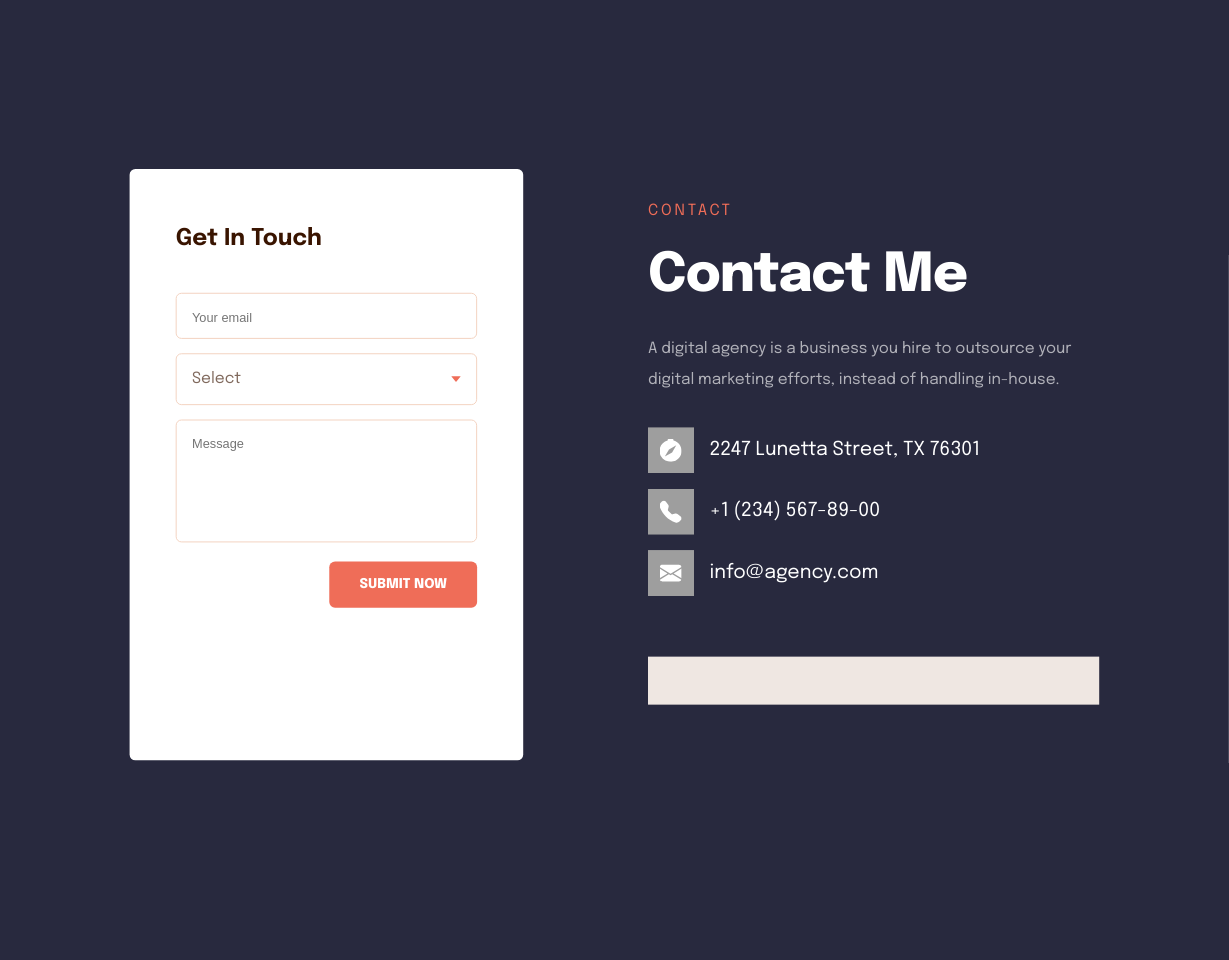
Repository: NatiqSamiyev/form-task-2
Page: index.html
These files come from the project's save history. The page is drawn as it stood at one moment and after a run of saves; the edit follows.
The browser window is 1280 px wide. The pictures show the whole page, at 96% of full size.
Pictures or frames that could not be fetched are drawn as grey boxes. Some web fonts or font styles are not loaded; a fallback is used.

Above is the page before, as saved 2023-10-30 11:44:10.

After the next 5 saves:
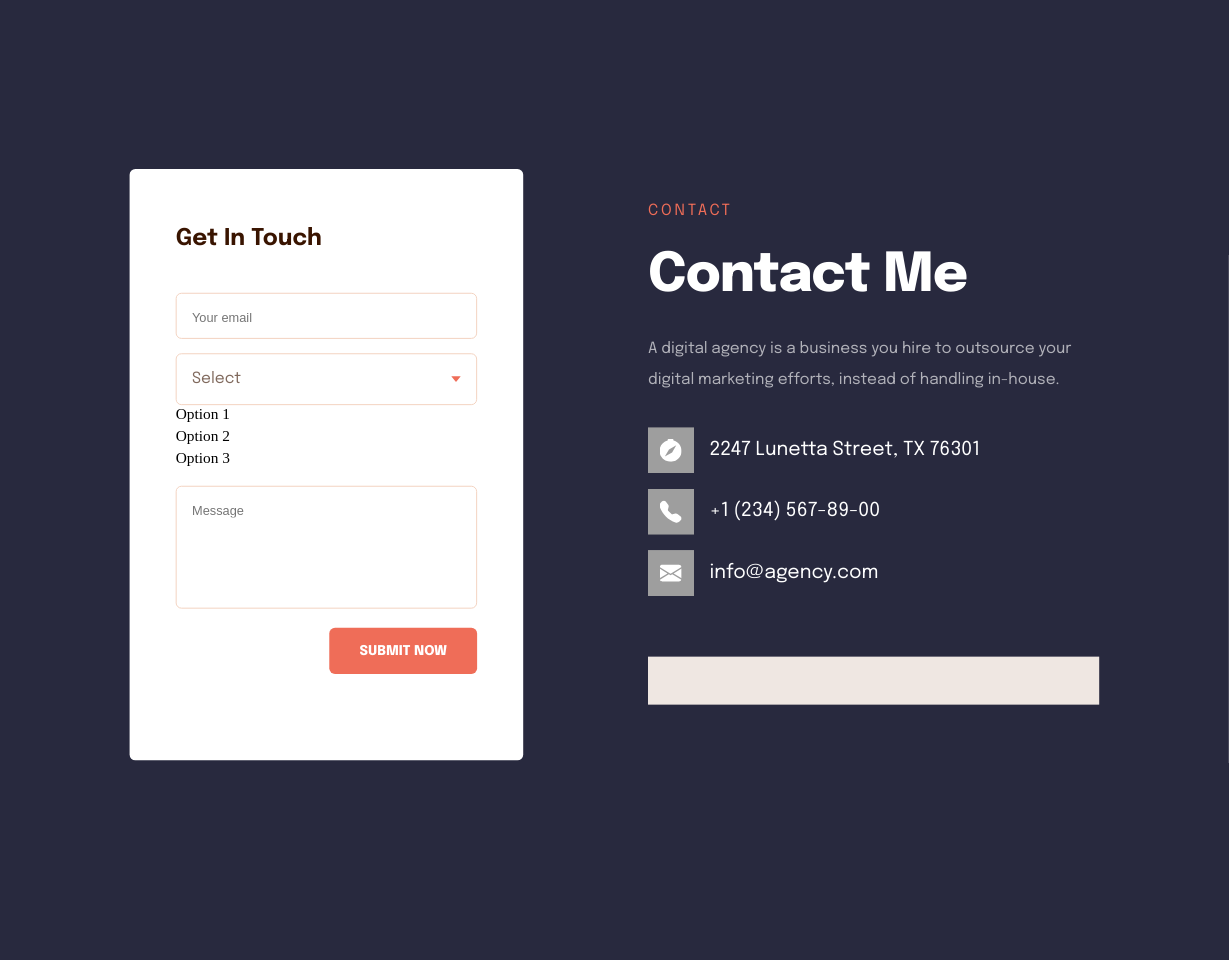
The 5 saves are shown as one change because they came seconds apart.
The last was saved 33 s later.
--- a/index.css
+++ b/index.css
@@ -188,6 +188,7 @@
   height: 10px;
   transform: translateY(-50%) ;
 }
+.no
 .option-box {
   width: 100%;
   border: 1px solid gray;

After the 3 saves that followed:
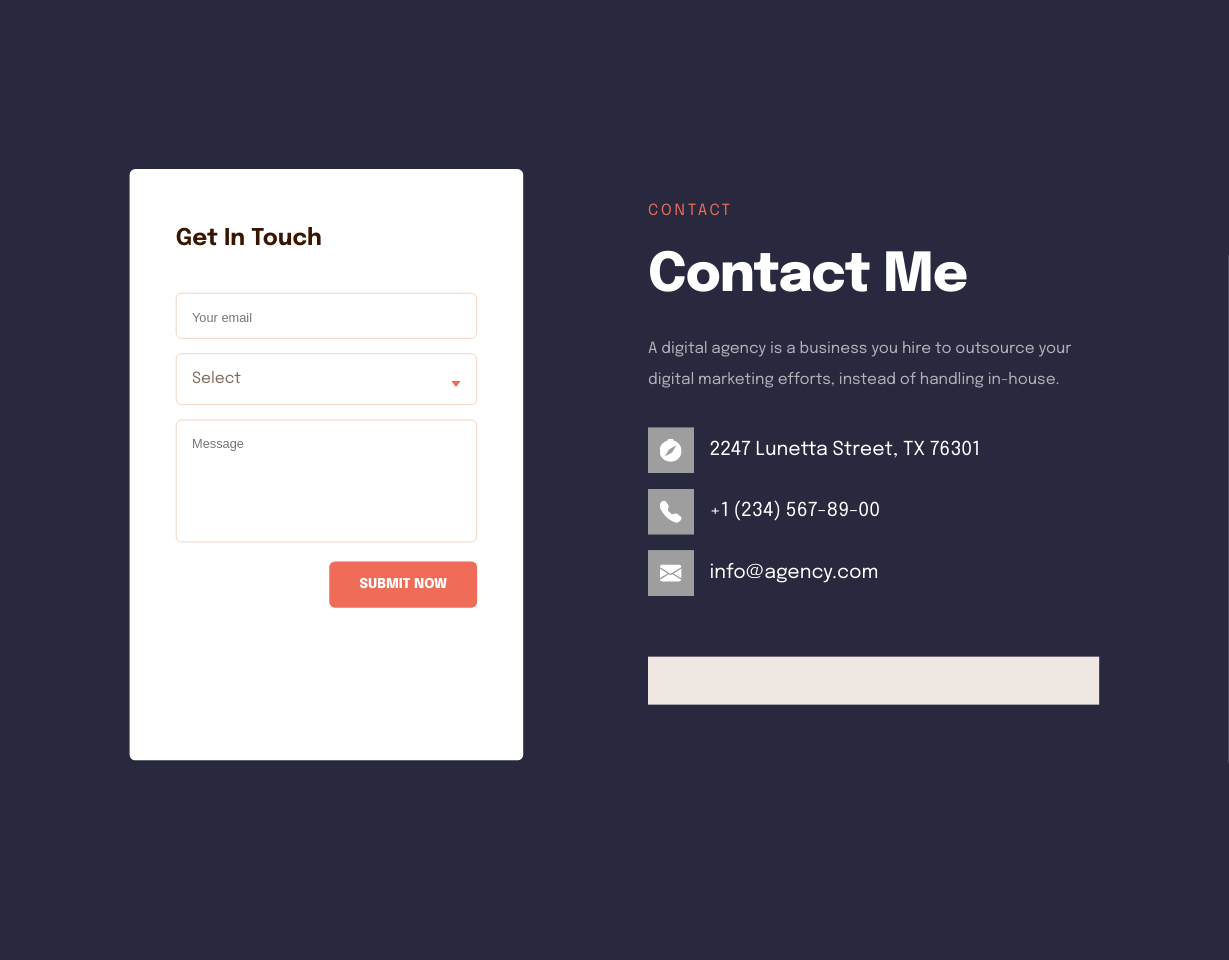
The 3 saves are shown as one change because they came seconds apart.
The last was saved 8 s later.
--- a/index.css
+++ b/index.css
@@ -186,9 +186,11 @@
   top: 50%;
   width: 10px;
   height: 10px;
+}
+.no-rotate{
   transform: translateY(-50%) ;
-}
-.no
+
+}
 .option-box {
   width: 100%;
   border: 1px solid gray;
